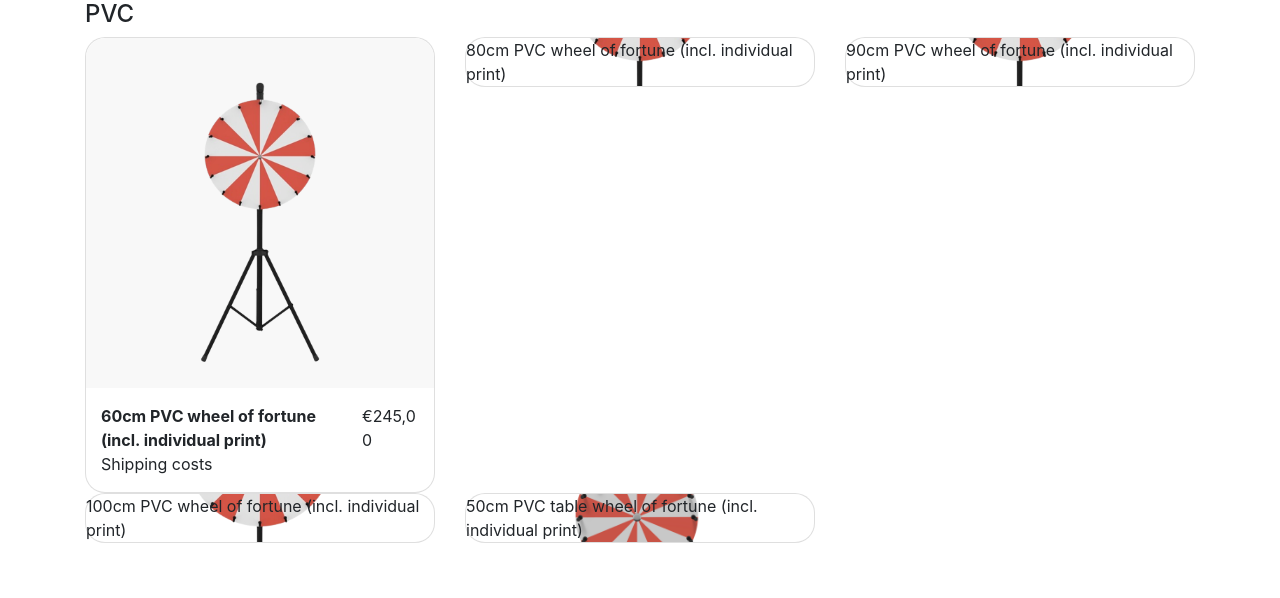
Repository: Awaisp-irfan/fahad-project
Page: pvc.html
The author's editor kept a copy of each file at every save. The page is drawn from the files as they stood at one save, then again after the next save.
The browser window is 1280 px wide. The pictures show the whole page.

Above is the page before, as saved 2022-06-30 09:15:52.

After the next save:
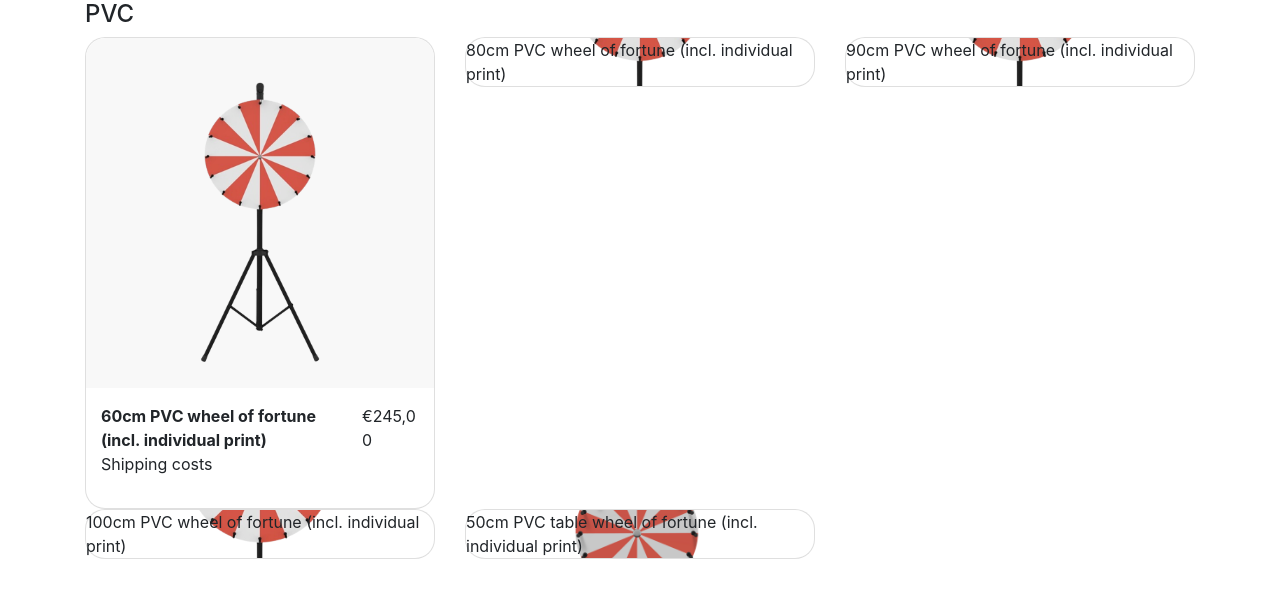
Saved 45 s later.
--- a/pvc.html
+++ b/pvc.html
@@ -31,9 +31,12 @@
             <div class="cm60-content d-flex justify-content-between my-lg-3">
               <div class="col-lg-9">
                 <p class="cm60-title">60cm PVC wheel of fortune (incl. individual print)</p>
-                <p class="m-0 p-0">Shipping costs</p>
+                <p class="">Shipping costs</p>
               </div>
-              <div class="col-lg-3">€245,00</div>
+              <div class="col-lg-3">
+                <p class="price">
+                    €245,00
+              </p></div>
             </div>
           </div>
         </div>
